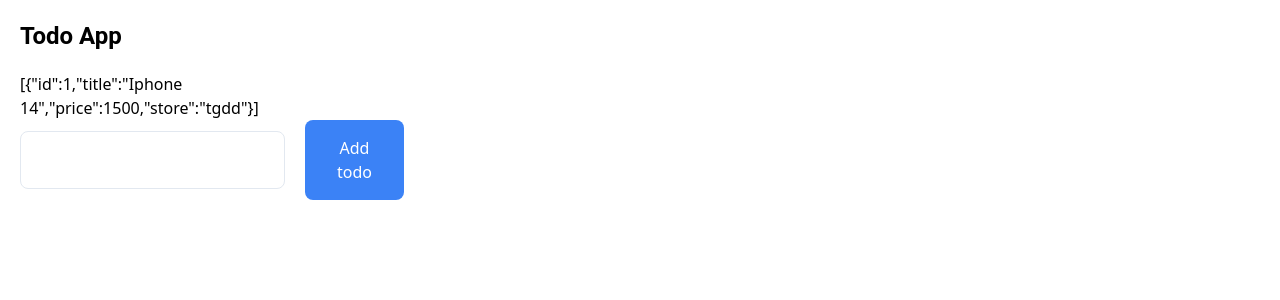
Repository: vophuocthanh/react-typescript
Page: /
These files come from the project's save history. The page is drawn as it stood at one moment and after the next save; the edit follows.
The browser window is 1280 px wide. The pictures show the whole page.
The project was rebuilt for these pictures with package versions that can differ from the ones it lists, and the page was loaded fresh each time. Also part of the build but not shown: vite.config.ts.

Above is the page before, as saved 2023-04-07 13:31:32.

After the next save:
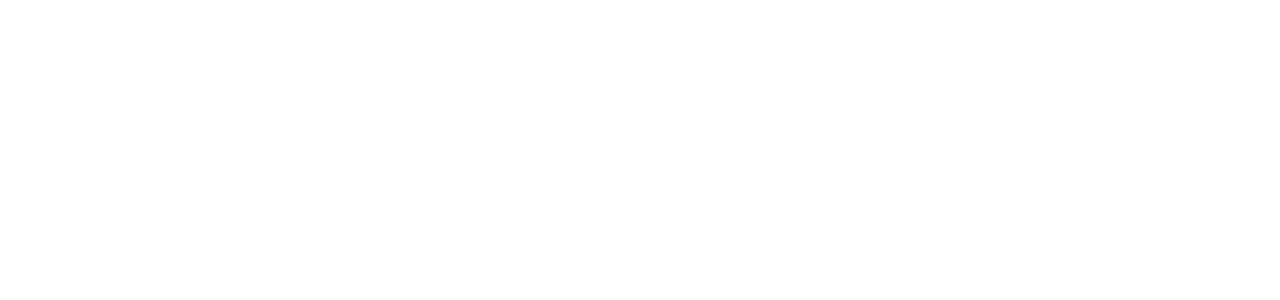
Console error: ReferenceError: index is not defined
Saved 55 s later.
--- a/src/App.tsx
+++ b/src/App.tsx
@@ -98,7 +98,13 @@
   items: T[];
   render: (item: T) => React.ReactNode;
 }) => {
-  return <ul>{items.map((item) => render(item))}</ul>;
+  return (
+    <ul>
+      {items.map((item) => (
+        <li key={index}>{render(item)}</li>
+      ))}
+    </ul>
+  );
 };
 
 const List = ({

After the save that followed:
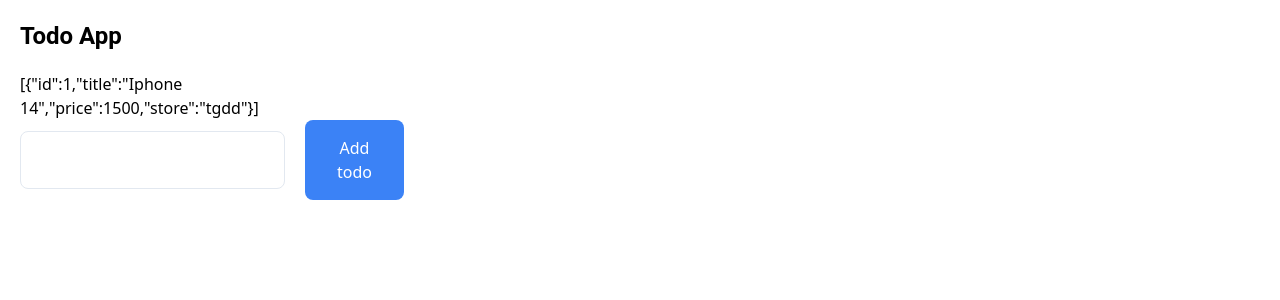
The error is gone.
Saved 9 s later.
--- a/src/App.tsx
+++ b/src/App.tsx
@@ -100,7 +100,7 @@
 }) => {
   return (
     <ul>
-      {items.map((item) => (
+      {items.map((item, index) => (
         <li key={index}>{render(item)}</li>
       ))}
     </ul>
